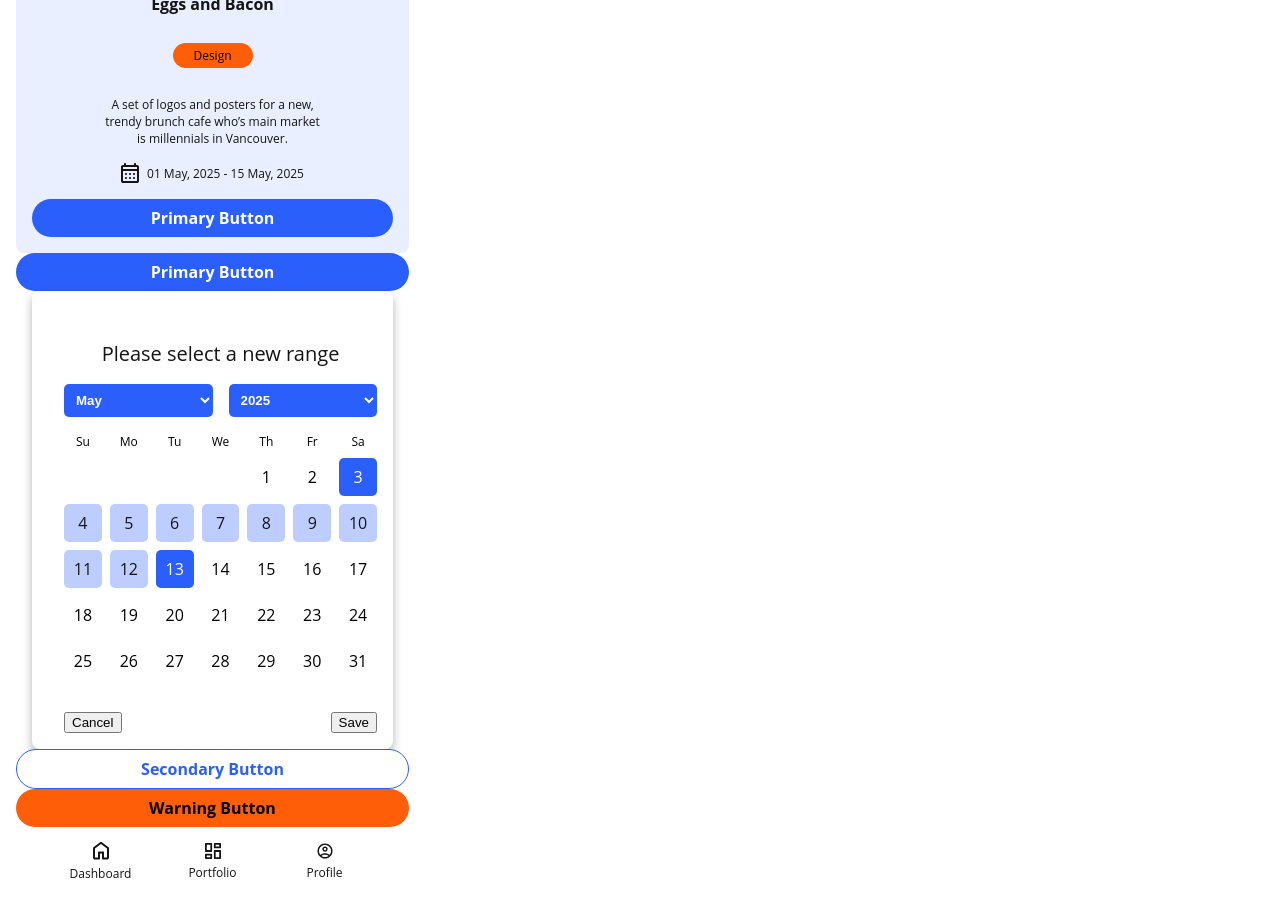
Repository: brunaguarizo/mosaic_app
Page: /
These files come from the project's save history. The page is drawn as it stood at one moment and after the next save; the edit follows.
The browser window is 1280 px wide. The pictures show the whole page.
The project was rebuilt for these pictures with package versions that can differ from the ones it lists, and the page was loaded fresh each time. The framework's server and built-in components were replaced by stand-ins that run in the browser. Also part of the build but not shown: next.config.mjs.

Above is the page before, as saved 2025-04-18 11:00:17.

After the next save:
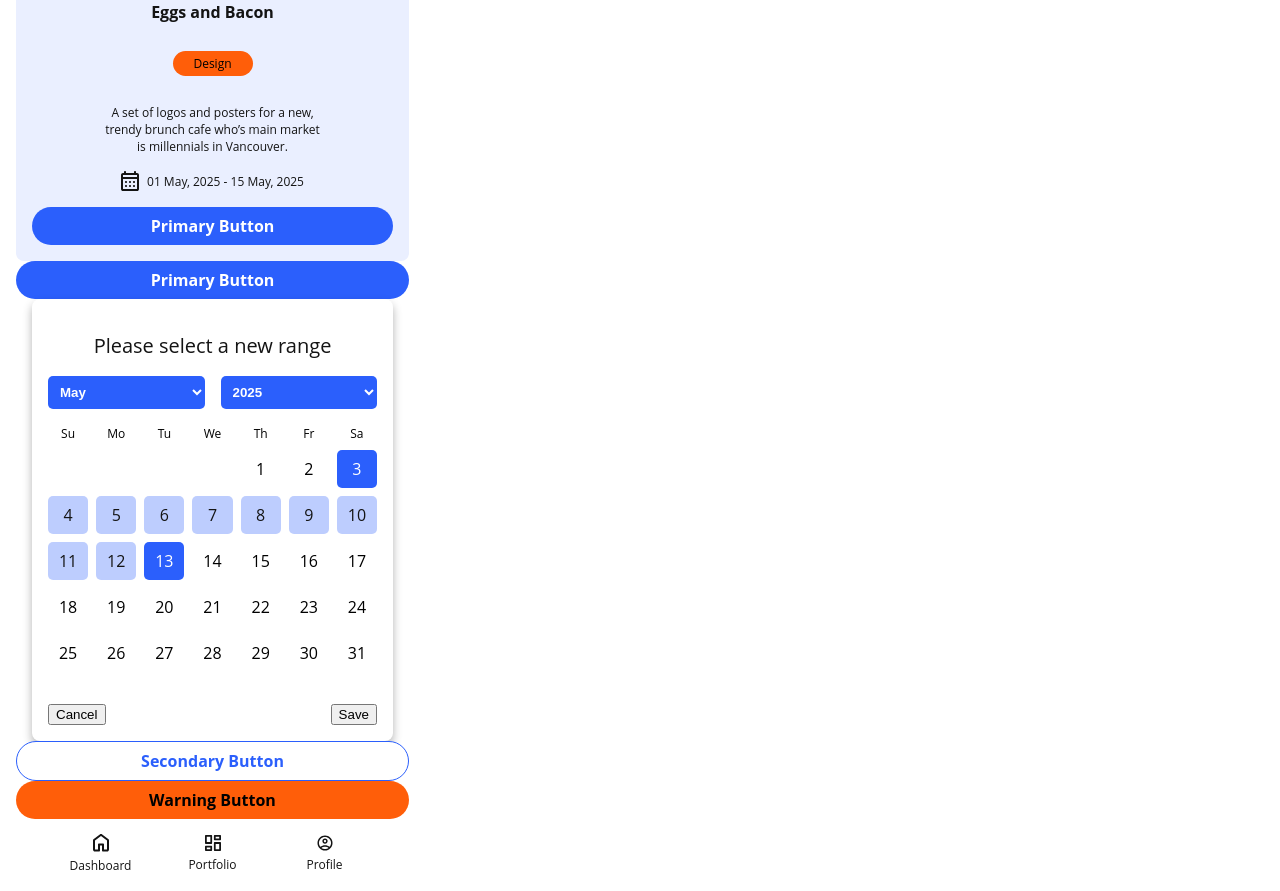
Saved 29 s later.
--- a/app/_ui/Date_PopUp/Date_PopUp.module.css
+++ b/app/_ui/Date_PopUp/Date_PopUp.module.css
@@ -6,8 +6,7 @@
 
 .popup {
     background-color: var(--white);
-    padding: var(--space-medium) var(--space-regular) var(--space-regular)
-        var(--space-medium);
+    padding: var(--space-regular);
     border-radius: var(--space-small);
     box-shadow: 0 5px 10px rgba(0, 0, 0, 0.3);
     font-family: var(--font-family);
